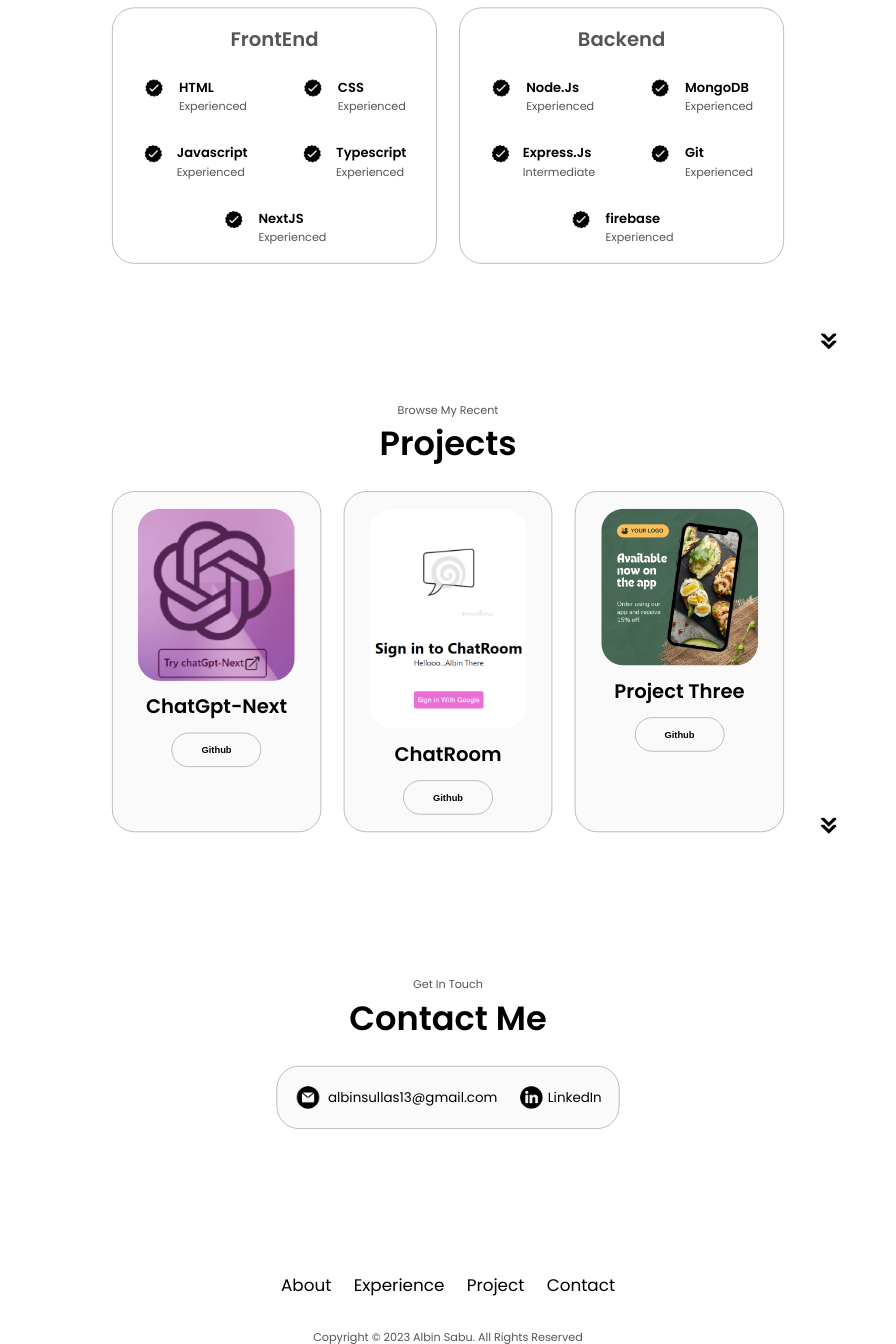
Repository: albinsabu2023/albinsabu
Page: index.html
The author's editor kept a copy of each file at every save. The page is drawn from the files as they stood at one save, then again after the next save.
The browser window is 1280 px wide. The pictures show the part of the page from y = 1654 to 3574 px (the page is 3617 px tall), at 70% of full size.

Above is the page before, as saved 2023-08-30 14:51:18.

### index.html
<!DOCTYPE html>
<html lang="en">
<link>
    <meta charset="UTF-8">
    <meta name="viewport" content="width=device-width, initial-scale=1.0">
    <title>Albin Sabu</title>
    <link rel="stylesheet" href="style.css"/>
    <link rel="stylesheet" href="mediaqueries.css">
</head>
<body>
    <nav id="desktop-nav">
        <div class="logo">
            ALBIN SABU
        </div>
        <div>
            <ul class="nav-links">
                <li><a href="#about">About</a></li>
                <li><a href="#experience">Experience</a></li>
                <li><a href="#project">Project</a></li>
                <li><a href="#contact">Contact</a></li>
            </ul>
        </div>
    </nav>
    <nav id="hamburger-nav">
        <div clas="logo"> ALBIN SABU</div>
        <div class="hamburger-menu">
            <div class="hamburger-icon" onclick="toggleMenu()">
                <span></span>
                <span></span>
                <span></span>
            </div>
            <div class="menu-links">
                <li><a href="#about" onclick="toggleMenu()">About</a></li>
                <li><a href="#experience" onclick="toggleMenu()">Experience</a></li>
                <li><a href="#project" onclick="toggleMenu()">Project</a></li>
                <li><a href="#contact" onclick="toggleMenu()">Contact</a></li>
            </div>
        </div>
    </nav>
    <section id="profile">
        <div class="section__pic-container">
            <img src="./assets/Albin Sabu2.png" alt="profile-pic">
        </div>
        <div class="section__text">
            <p class="section__text__p1">Hello ,I'm</p>
            <h1 class="title">Albin Sabu</h1>
            <p class="section__text__p2">Software Developer</p>
            <div class="btn_container">
                <button class="btn btn-color-2" onclick="window.open('./assets/Albin sabu.pdf')">Download CV</button>
                <button class="btn btn-color-1" onclick="location.href='#contact'">Contact Info</button>
            </div>
            <div id="social-container">
                <img src="./assets/linkedin.png" alt="My Linkedin Profile" class="icon" onclick="location.href='https://www.linkedin.com/in/albin-sabu-377798230'">
                <img src="./assets/github.png" alt="My Github Profile" class="icon" onclick="location.href='https://github.com/albinsabu2023'">

            </div>
        </div>
    </section>
    <section id="about">
        <p class="section__text__p1">Get To Know More</p>
        <h1 class="title">About Me</h1>
        <div class="section-container">
            <div class="section__pic-container">
                <img src="./assets/ull.png" alt="profilepicture" class="about-pic">
            </div>
            <div class="about-details-container">
                <div class="about-container">
                    <div class="details-container">
                        <img src="./assets/experience.png" alt="experience icon" class="icon">
                        <h3>Experience</h3>
                        <p>Full Stack Developer</p>
                    </div>
                    <div class="details-container">
                        <img src="./assets/education.png" alt="experience icon" class="icon">
                        <h3>Education</h3>
                        <p>B.Tech in Computer Science</p>
                    </div>
                </div>
                <div class="text-container">
                    <p>Greetings! I'm Albin Sabu, a dedicated Fullstack developer and final year Computer Science Engineering student. Hailing
                    from the serene landscapes of Kottayam, Kerala, India, I'm driven by a love for learning, a passion for playing
                    football, and traveling. My skill set encompasses rapid learning, astute critical thinking, and adept
                    problem-solving.  I'm poised to create meaningful
                    contributions in the world of development.
                    </p>
                </div>
            </div>
        </div>

       <img src="./assets/arrow.png" alt="arrow" class="icon arrow" onclick="location.href='./#experience'" >
    </section>
    <section id="experience">
        <p class="section__text__p1">Explore My</p>
        <h1 class="title">Experience</h1>
        <div class="experience-details-container">
            <div class="about-container">
                <div class="details-container">
                    <h2 class="experience-sub-title">FrontEnd</h2>
                    <div class="article-container">
                        <article>
                            <img src="./assets/checkmark.png" alt="experience-icon" class="icon">
                            <div>
                                <h3>HTML</h3>
                                <p>Experienced</p>
                            </div>
                        </article>
                        <article>
                            <img src="./assets/checkmark.png" alt="experience-icon" class="icon">
                            <div>
                                <h3>CSS</h3>
                                <p>Experienced</p>
                            </div>
                        </article>
                        <article>
                            <img src="./assets/checkmark.png" alt="experience-icon" class="icon">
                            <div>
                                <h3>Javascript</h3>
                                <p>Experienced</p>
                            </div>
                        </article>
                        <article>
                            <img src="./assets/checkmark.png" alt="experience-icon" class="icon">
                            <div>
                                <h3>Typescript</h3>
                                <p>Experienced</p>
                            </div>
                        </article>
                        <article>
                            <img src="./assets/checkmark.png" alt="experience-icon" class="icon">
                            <div>
                                <h3>NextJS</h3>
                                <p>Experienced</p>
                            </div>
                        </article>

                    </div>
                </div>
                <div class="details-container">
                    <h2 class="experience-sub-title">Backend</h2>
                    <div class="article-container">
                        <article>
                            <img src="./assets/checkmark.png" alt="experience-icon" class="icon">
                            <div>
                                <h3>Node.Js</h3>
                                <p>Experienced</p>
                            </div>
                        </article>
                        <article>
                            <img src="./assets/checkmark.png" alt="experience-icon" class="icon">
                            <div>
                                <h3>MongoDB</h3>
                                <p>Experienced</p>
                            </div>
                        </article>

                        <article>
                            <img src="./assets/checkmark.png" alt="experience-icon" class="icon">
                            <div>
                                <h3>Express.Js</h3>
                                <p>Intermediate</p>
                            </div>
                        </article>
                        <article>
                            <img src="./assets/checkmark.png" alt="experience-icon" class="icon">
                            <div>
                                <h3>Git</h3>
                                <p>Experienced</p>
                            </div>
                        </article>
                        <article>
                            <img src="./assets/checkmark.png" alt="experience-icon" class="icon">
                            <div>
                                <h3>firebase</h3>
                                <p>Experienced</p>
                            </div>
                        </article>

                    </div>
                </div>
            </div>
        </div>
        <img src="./assets/arrow.png" alt="arrow" class="icon arrow" onclick="location.href='./#project'">
    </section>
    <section id="project">
        <p class="section__text__p1">Browse My Recent</p>
        <h1 class="title">Projects</h1>
        <div class="experience-details-container">
            <div class="about-container">
                <div class="details-container color-container">
                    <div class="article-container">
                        <img src="./assets/chatgpt-next.png" alt="project1" class="project-img">
                    </div>
                    <h2 class="experience-sub-title project-title" >ChatGpt-Next</h2>
                    <div class="btn-container">
                        <button class="btn btn-color-2 project-btn" onclick="location.href='https://github.com/albinsabu2023/ChatGpt-Next1.0'">
                            Github
                        </button>

                    </div>
                </div>
                <div class="details-container color-container">
                    <div class="article-container">
                        <img src="./assets/chatroom.png" alt="project1" class="project-img">
                    </div>
                    <h2 class="experience-sub-title project-title">ChatRoom</h2>
                    <div class="btn-container">
                        <button class="btn btn-color-2 project-btn"  onclick="location.href='https://github.com/albinsabu2023/Chatroom'">
                            Github
                        </button>

                    </div>
                </div>
                <div class="details-container color-container">
                    <div class="article-container">
                        <img src="./assets/project-3.png" alt="project1" class="project-img">
                    </div>
                    <h2 class="experience-sub-title project-title" onclick="location.href=''">Project Three</h2>
                    <div class="btn-container">
                        <button class="btn btn-color-2 project-btn">
                            Github
                        </button>

                    </div>
                </div>
            </div>
        </div>
        <img src="./assets/arrow.png" alt="arrow" class="icon arrow" onclick="location.href='./#contact'">
    </section >
    <section id="contact">
        <p class="section__text__p1">Get In Touch</p>
        <h1 class="title">Contact Me</h1>
        <div class="contact-info-upper-container">
            <div class="contact-info-container">
                <img src="./assets/email.png" alt="email icon" class="icon contact-icon email-icon">
                <p><a href="mailto:albinsullas13@gmail.com">albinsullas13@gmail.com</a></p>
            </div>
            <div class="contact-info-container">
                <img src="./assets/linkedin.png" alt="linkdin icon" class="icon contact-icon">
                <p><a href="https://www.linkedin.com/in/albin-sabu-377798230">LinkedIn</a></p>
            </div>
        </div>


    </section>
    <footer>
        <nav>
            <div class="nav-links-container">
                <ul class="nav-links">
                    <li><a href="#about">About</a></li>
                    <li><a href="#experience">Experience</a></li>
                    <li><a href="#project">Project</a></li>
                    <li><a href="#contact">Contact</a></li>
                </ul>
            </div>
        </nav>
        <p>Copyright &#169; 2023 Albin Sabu. All Rights Reserved</p>
    </footer>
    <script src="script.js"></script>
</body>
</html>

### style.css
@import url('https://fonts.googleapis.com/css2?family=Poppins:ital,wght@0,300;0,400;0,500;0,600;1,200;1,300;1,500;1,600&display=swap');

* {
    margin: 0;
    padding: 0;
}

body {
    font-family: 'Poppins', sans-serif;
}

html {
    scroll-behavior: smooth;
}

p {
    color: rgb(85, 85, 85);
}

a,
.btn {
    transition: all 300ms ease
}

/* Desktop navigation */
nav,
.nav-links {
    display: flex;

}

nav {
    justify-content: space-around;
    align-items: center;
    height: 17vh;

}

.nav-links {
    gap: 2rem;
    list-style: none;
    font-size: 1.5rem;
}
a{
    color:black;
    text-decoration: none;
    text-decoration-color: white;
}

a:hover{
    color:gray;
    text-decoration:underline;
    text-underline-offset:1rem ;
    text-decoration-color:rgb(181,181,181);
}

.logo{
    font-size:2rem;
}

#hamburger-nav{
    display:none;
}
.hamburger-menu{
    position: relative;
    display:inline-block;
}
.hamburger-icon{
    display: flex;
    flex-direction: column;
    justify-content: space-between;
    height: 24px;
    width: 30px;
    cursor: pointer;
}

.hamburger-icon span{
    width:100%;
    height: 2px;
    background-color: black;
    transition: all 0.3 ease-in-out;
}

.menu-links{
    position:absolute;
    top:100%;
    right:0%;

    width: fit-content;
    max-height: 0;
    overflow: hidden;
    transition: all 0.3 ease-in-out;
}

.menu-links{
    display: block;
    padding: 10px;
    text-align: center;
    font-size: 1.5rem;
    color: black;
    text-decoration: none;
    transform: all 0.3 ease-in-out;
}

.menu-links li{
    list-style: none;

}

.menu-links.open{
    max-height: 300px;
}

.hamburger-icon.open span:first-child{
    transform:rotate(45deg) translate(10px,5px);
}
.hamburger-icon.open span:nth-child(2){
   opacity:0;
}
.hamburger-icon.open span:last-child{
    transform:rotate(-45deg) translate(10px,-5px);
}

.hamburger-icon span:first-child{
    transform: none;
}
.hamburger-icon span:first-child{
    opacity:1;
}
.hamburger-icon span:first-child{
    transform: none;
}

section{
    padding-top:4vh ;
    height: 96vh;
    margin: 0 10rem;
    box-sizing: border-box;
    min-height: fit-content;
}

.section-container{
    display: flex;
}

#profile{
    display: flex;
    justify-content: center;
    gap: 5rem;
    height:  80vh;
}

.section__pic-container{
    display: flex;
    height: 400px;
    width: 400px;
    margin: auto 0;
}

.section__text{

    align-self:center;
    text-align: center;
}

.section__text p{
    font-weight: 600;
}
.section__text__p1{
    text-align: center;

}
.section__text__p2 {

    font-size: 1.75rem;
    margin-bottom: 1rem;
}

.title{
    font-size:3rem;
    text-align: center;
}
#social-container{
    display: flex;
    justify-content: center;
    margin-top: 1rem;
    gap: 1rem;
}

/* icon */
.icon{
    cursor: pointer;
    height: 2rem;
}

.btn-container{
    display: flex;
    justify-content:center;
    gap: 1rem;
}
.btn{
    font-weight: 600;
    transition: all 300ms ease;
    padding: 1rem;
    width: 8rem;
    border-radius: 2rem;

}

.btn-color-1,.btn-color-2{
    border:rgb(53,53,53) 0.1rem solid;
}
.btn-color-1:hover,
.btn-color-2:hover {
   cursor:pointer
}
.btn-color-1,
.btn-color-2:hover {
   background: rgb(53,53,53);
   color: white;
}

.btn-color-1:hover{
    background-color: rgb(0,0,0);

}
.btn-color-2{
    background:none
    ;
}
.btn-color-2:hover{
    border:rgb(255,255,255) 0.1rem solid;
}

/* About section */

#about{
    position: relative;
}
.about-container{
    gap:2rem;
    margin-bottom:2rem ;
    margin-top: 2rem;
}
.about-details-container{
    justify-content: center;
    flex-direction: column;
}

.about-container,.about-details-container{
    display: flex;
}

.about-pic{
    border-radius: 2rem;

}
.text-container{
    text-align: justify;
}
.arrow{
    position:absolute;
    right:-5rem;
    bottom:2.5rem;
}

.details-container{
    padding:1.5rem ;
    flex: 1;
    background: white;
    border-radius: 2rem;
    border: rgb(53,53,53) 0.1rem solid;
    border-color: rgb(163,163,163);
    text-align: center;

}

.section-container{
    gap: 4rem;
    height: 80%;
}

.section__pic-container{
    height: 300px;
    width:300px ;
    margin:auto 0;
}

/* experience */

#experience{
    position:relative;
}

.experience-sub-title{
    color:rgb(85,85,85);
    font-weight: 600;
    font-size: 1.75rem;
    margin-bottom:2rem;
}

.experience-details-container{
    display: flex;
    justify-content: center;
    flex-direction: column;
}
.article-container{
    display: flex;
    text-align: initial;
    flex-wrap: wrap;
    flex-direction: row;
    gap: 2.5rem;
    justify-content: space-around;
}

article{
    display: flex;
    width: 10rem;
    justify-content: space-around;
    gap:0.5rem ;
}

.article .icon{
    cursor:default;
}

/* project */

#project{
    position: relative;
}

.color-container{
    border-color: rgb(163,163,163);
    background: rgb(250,250,250);
}
.project-img{
    border-radius: 2rem;
    width: 90%;
    height: 90%;
}
.project-title{
    margin: 1rem;
    color:black;
}

.project-btn{
    color: black;
    border-color: rgb(163, 163, 163);
}

#contact{
    display: flex;
    justify-content: center;
    flex-direction: column;
    height: 75vh;

}

.contact-info-upper-container{
    display: flex;
    justify-content: center;
    border-radius:2rem ;
    border: rgb(53,53,53) 0.1rem solid;
    border-color: rgb(163, 163, 163);
    background: rgb(250,250,250);
    margin: 2rem auto;
    padding: 0.5rem;
}

.contact-info-container{
    display: flex;
    align-items: center;
    justify-content: center;
    gap: 0.5rem;
    margin: 1rem;
}

.contact-info-container p{
    font-size: larger;

}
.contact-icon{
    cursor:default;

}
.email-icon{
    height: 2.5rem;
}
/* footer */

footer{
    height: 26vh;
    margin: 0 1rem;
}
footer p{
    text-align: center;
}

### mediaqueries.css
@media screen and (max-width:1400px) {
   #profile{
    height:83vh;
    margin-bottom: 6rem;
    }
    .about-container{
        flex-wrap:wrap;
    }
}

@media screen and (max-width:1200px){
    #desktop-nav{
        display: none;
    }
    #hamburger-nav{
        display: flex;
    }
    #experience,.experience-details-container{
        margin-top: 2rem;
    }
    #profile,.section-container{
        display: block;
    }
    .arrow{
        display: none;
    }

    section,.section-container{
        height:fit-content;
    }
    section{
        margin: 0 5%;
    }

    .section__pic-container{
        width: 75px;
        height: 75px;
        margin: 0 auto 2rem;
    }
    .about-containers{
        margin-top: 0;;
    }

}

@media screen and (max-width:600px) {
    #contact,footer{
        height: 40vh;
    }
    #profile{
        height: 83vh;
        margin-bottom: 0;
    }
    article{
        font-size:1rem;
    }
    footer nav{
        height: fit-content;
        margin-bottom: 2rem;
    }
    .about-containers,.contact-info-upper-container,.btn-container{
        flex-wrap: wrap;
    }
    .contact-info-container{
        margin: 0;
    }
    .contact-info-container p,.nav-links li a{
        font-size: 1rem;
    }
    .experince-sub-title{
        font-size: 1.25rem;
    }
    .logo{
        font-size: 1.5rem;
    }
    .nav-links{
        flex-direction:column;
        gap: 0.5rem;
        text-align: center;
    }
    .section__pic-container{
        width: auto;
        height: 46vw;
        justify-content: center;
    }
    .section__text__p2{
        font-size: 1.25rem;
    }
    .title{
        font-size: 2rem;
    }
    .text-container{
        text-align: justify;
    }
}

Loaded but not shown: script.js (common file)

After the next save:
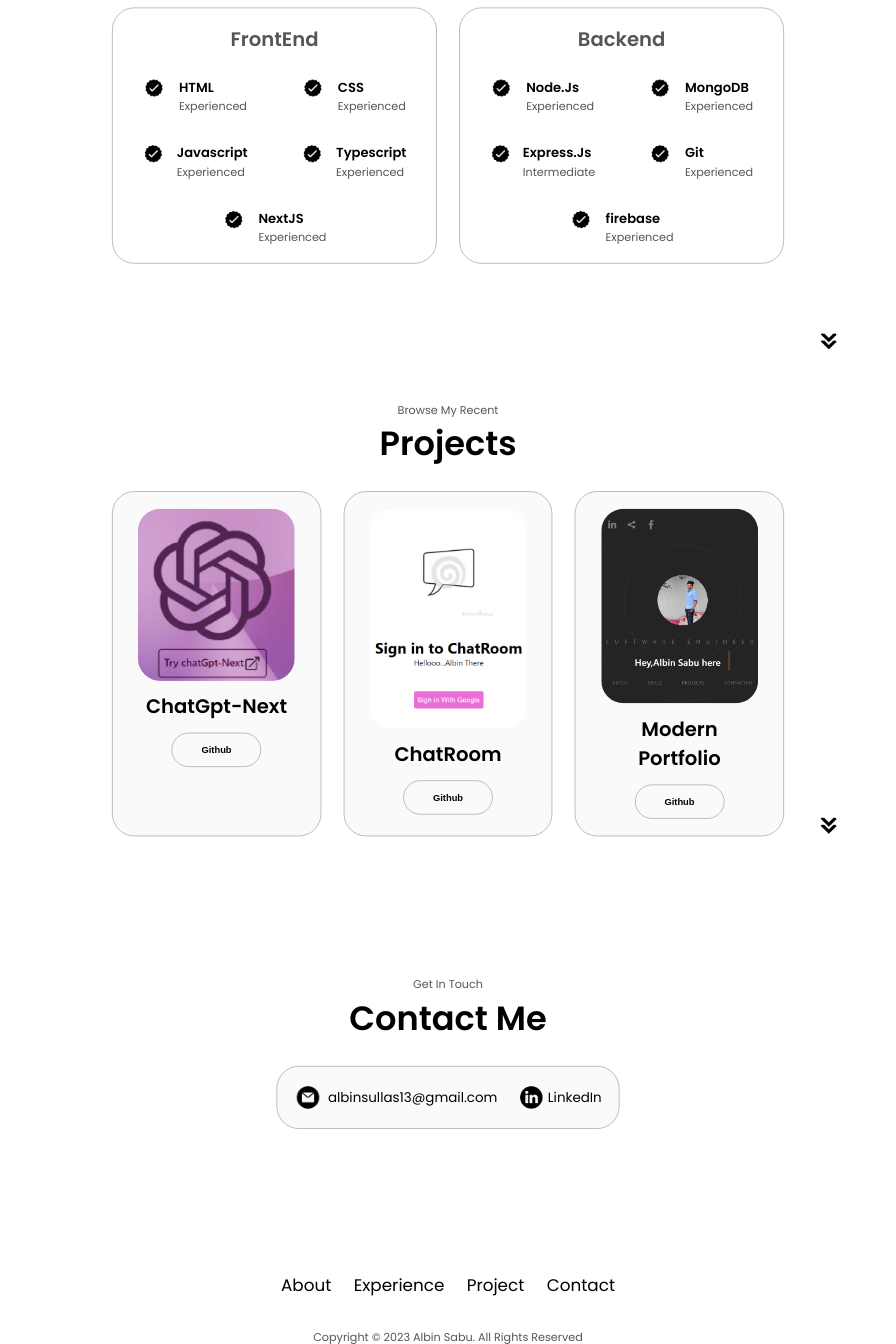
Saved 16 min 52 s later.
--- a/index.html
+++ b/index.html
@@ -212,11 +212,11 @@
                 </div>
                 <div class="details-container color-container">
                     <div class="article-container">
-                        <img src="./assets/project-3.png" alt="project1" class="project-img">
-                    </div>
-                    <h2 class="experience-sub-title project-title" onclick="location.href=''">Project Three</h2>
+                        <img src="./assets/portfolio.png" alt="project1" class="project-img">
+                    </div>
+                    <h2 class="experience-sub-title project-title" >Modern Portfolio</h2>
                     <div class="btn-container">
-                        <button class="btn btn-color-2 project-btn">
+                        <button class="btn btn-color-2 project-btn" onclick="location.href='https://github.com/albinsabu2023/modern-portfolio'">
                             Github
                         </button>
 
